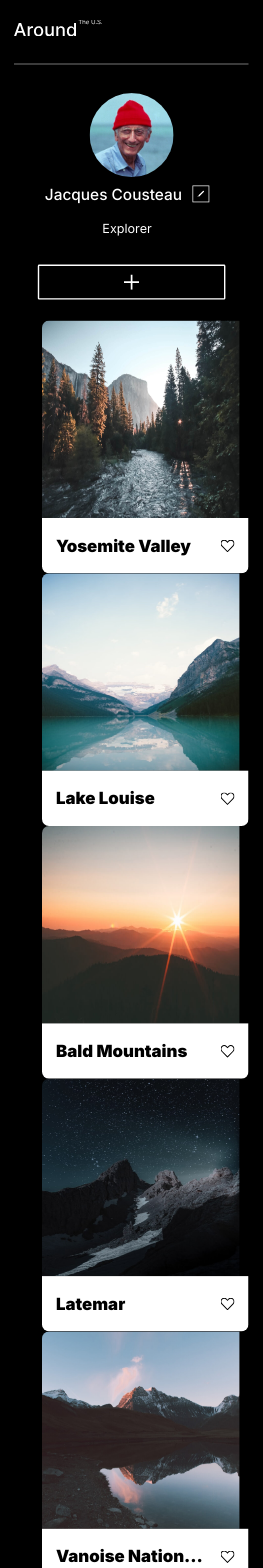
Repository: luisbaezx/se_project_aroundtheus
Page: index.html
These files come from the project's save history. The page is drawn as it stood at one moment and after the next save; the edit follows.
The browser window is 375 px wide. The pictures show the part of the page from y = 0 to 2240 px (the page is 2742 px tall before and 3084 px after), at 70% of full size.

Above is the page before, as saved 2024-05-30 18:08:42.

### index.html
<!DOCTYPE html>
<html lang="en">
  <head>
    <meta charset="UTF-8" />
    <meta name="viewport" content="width=device-width, user-scalable=no,
    initial-scale=1/>
    <meta content="ie=edge" http-equiv="X-UA-Compatible" />
    <title>Around The U.S</title>
    <link href="./pages/index.css" rel="stylesheet" />
  </head>
  <body class="page">
    <div class="page__content">
      <header class="header page__section">
        <img
          src="./images/logo.svg"
          alt="Around the U.S. Logo"
          class="header__image"
        />
      </header>
      <main class="content">
        <section class="profile page__section">
          <img
            src="./images/jacques-cousteau.jpg"
            alt="Avatar"
            class="profile__image"
          />
          <div class="profile__info">
            <h1 class="profile__title">Jacques Cousteau</h1>
            <button class="profile__edit-button" type="button"></button>
            <p class="profile__description">Explorer</p>
          </div>
          <button class="profile__add-button" type="button"></button>
        </section>
        <section class="cards page__section">
          <ul class="cards__list">
            <li class="card">
              <img src="./images/yosemite.jpg" class="card__image" />
              <div class="card__description">
                <h2 class="card__title">Yosemite Valley</h2>
                <button class="card__like-button" type="button"></button>
              </div>
            </li>
            <li class="card">
              <img src="./images/lake-louise.jpg" class="card__image" />
              <div class="card__description">
                <h2 class="card__title">Lake Louise</h2>
                <button class="card__like-button" type="button"></button>
              </div>
            </li>
            <li class="card">
              <img src="./images/bald-mountains.jpg" class="card__image" />
              <div class="card__description">
                <h2 class="card__title">Bald Mountains</h2>
                <button class="card__like-button" type="button"></button>
              </div>
            </li>
            <li class="card">
              <img src="./images/latemar.jpg" class="card__image" />
              <div class="card__description">
                <h2 class="card__title">Latemar</h2>
                <button class="card__like-button" type="button"></button>
              </div>
            </li>
            <li class="card">
              <img src="./images/vanoise.jpg" class="card__image" />
              <div class="card__description">
                <h2 class="card__title">Vanoise National Park</h2>
                <button class="card__like-button" type="button"></button>
              </div>
            </li>
            <li class="card">
              <img src="./images/lago.jpg" class="card__image" />
              <div class="card__description">
                <h2 class="card__title">Lago di Braies</h2>
                <button class="card__like-button" type="button"></button>
              </div>
            </li>
          </ul>
        </section>
      </main>
      <footer class="footer">
        <p class="footer__copyright">&copy; 2024 Around The U.S.</p>
      </footer>
    </div>
  </body>
</html>

### pages/index.css
@import url("../vendor/normalize.css");
@import url("../vendor/fonts.css");
@import url("../blocks/page.css");
@import url("../blocks/header.css");
@import url("../blocks/profile.css");
@import url("../blocks/cards.css");
@import url("../blocks/card.css");
@import url("../blocks/footer.css");

### blocks/page.css
.page {
  font-family: Inter, Arial, Helvetica, sans-serif;
  background-color: black;
  color: white;
}

.page__section {
  max-width: 880px;
  width: 100%;
  position: relative;
  margin: 0 auto;
}

.page__content {
  display: flex;
  flex-direction: column;
  min-height: 100vh;
  padding: 0 20px;
}

### blocks/header.css
.header {
  margin-top: 45px;
  border-width: 880px;
  border-bottom: solid rgba(84, 84, 84, 0.7);
  padding-bottom: 41px;
}

.header__image {
  width: 173px;
  height: 33px;
}
@media screen and (max-width: 450px) {
  .header {
    margin-top: 28px;
    padding-bottom: 35px;
  }

  .header__image {
    width: 126px;
    height: 24px;
  }
}

### blocks/profile.css
.profile {
  display: flex;
  align-items: center;
  padding-top: 40px;
  min-width: 282px;
}

.profile__info {
  display: grid;
  grid-template-areas:
    "title button"
    "description description";
  grid-template-columns: minmax(auto, 375px) auto;
  margin-right: 12px;
  align-items: center;
  gap: 15px;
}

.profile__edit-button {
  background: transparent url(../images/edit-icon.svg) center no-repeat;
  height: 24px;
  width: 24px;
  grid-area: button;
  border: 1px white solid;
}

.profile__edit-button:hover {
  opacity: 0.6;
}

.profile__add-button {
  background: transparent url(../images/add-icon.svg) center no-repeat;
  width: 150px;
  height: 50px;
  margin-left: auto;
  border: 2px white solid;
  border-radius: 2px;
  transition: opacity 0.3s ease-in;
}

.profile__add-button:hover {
  opacity: 0.6;
  cursor: pointer;
}
.profile__title {
  font-size: 42px;
  line-height: 48px;
  font-weight: 500;
  grid-area: title;
  margin: 0;
  text-overflow: ellipsis;
  white-space: nowrap;
  overflow: hidden;
}

.profile__description {
  font-size: 18px;
  line-height: 22px;
  font-weight: 400;
  grid-area: description;
  margin: 0;
  text-overflow: ellipsis;
  white-space: nowrap;
  overflow: hidden;
  max-width: 370px;
}

.profile__image {
  height: 120px;
  width: 120px;
  border-radius: 50%;
  object-fit: cover;
  object-position: center;
  margin-right: 24px;
}

@media screen and (max-width: 770px) {
  .profile {
    flex-direction: column;
  }

  .profile__info {
    display: flex;
    flex-wrap: wrap;
    justify-content: center;
    width: 100%;
  }

  .profile__description {
    width: 100%;
    text-align: center;
    margin-bottom: 40px;
  }

  .profile__add-button {
    margin: 0;
    width: 80%;
  }
}

@media screen and (max-width: 450px) {
  .profile {
    justify-content: space-around;
  }
  .profile__title {
    font-size: 22px;
  }
  .profile__edit-button {
    display: flex;
    justify-content: flex-end;
  }

  .profile__image {
    margin: 0;
    min-width: auto;
  }
}

### blocks/cards.css
.cards {
  margin-top: 30px;
  border-radius: 10px;
}

.card__list {
  display: grid;
  justify-content: center;
  grid-template-columns: repeat(auto-fit, 282px);
  grid-gap: 20px 17px;
  padding: 0;
  margin: 0;
}

.card {
  display: flex;
  flex-direction: column;
  list-style: none;
  border-radius: 10px;
  overflow: hidden;
}

.card__image {
  width: 282px;
  height: 282px;
}

.card__title {
  max-width: 220px;
  font-size: 24px;
  font-weight: 900;
  line-height: 29px;
  text-overflow: ellipsis;
  white-space: nowrap;
  overflow: hidden;
  margin: 0;
}

.card__description {
  display: flex;
  background-color: white;
  color: black;
  padding-top: 25px;
  padding-bottom: 25px;
  padding-left: 20px;
  padding-right: 20px;
  align-items: center;
  justify-content: space-between;
}

.card__like-button {
  background: transparent url(../images/like-inactive.svg) center no-repeat;
  width: 21px;
  height: 18px;
  border: none;
  transition: opacity 0.3s ease;
}

.card__like-button:hover {
  opacity: 0.5;
}

### blocks/card.css
.card {
  display: flex;
  flex-direction: column;
  list-style: none;
  border-radius: 10px;
  overflow: hidden;
}

.card__image {
  width: 282px;
  height: 282px;
}

.card__title {
  max-width: 220px;
  font-size: 24px;
  font-weight: 900;
  line-height: 29px;
  text-overflow: ellipsis;
  white-space: nowrap;
  overflow: hidden;
  margin: 0;
}

.card__description {
  display: flex;
  background-color: white;
  color: black;
  padding-top: 25px;
  padding-bottom: 25px;
  padding-left: 20px;
  padding-right: 20px;
  align-items: center;
  justify-content: space-between;
}

.card__like-button {
  background: transparent url(../images/like-active.svg) center no-repeat;
  width: 21px;
  height: 18px;
  border: none;
  transition: opacity 0.3s ease-in;
}

.card__like-button:hover {
  opacity: 0.5;
  cursor: pointer;
}

### blocks/footer.css
.footer {
  width: 100%;
  max-width: 880px;
  margin: 0 auto;
  text-align: left;
}

.footer__copyright {
  color: #545454;
  margin-left: auto;
  margin-right: auto;
  margin-top: 67px;
}

@media screen and (max-width: 600px) {
  .footer {
    max-width: 282px;
  }
}

Loaded but not shown: vendor/normalize.css (library); vendor/fonts.css (common file)

After the next save:
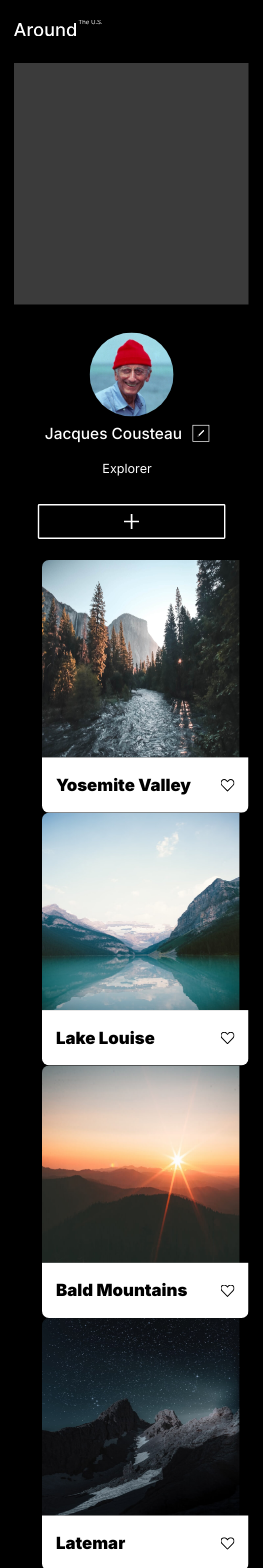
Saved 46 s later.
--- a/blocks/header.css
+++ b/blocks/header.css
@@ -13,6 +13,7 @@
   .header {
     margin-top: 28px;
     padding-bottom: 35px;
+    border-width: 345px;
   }
 
   .header__image {

After the save that followed:
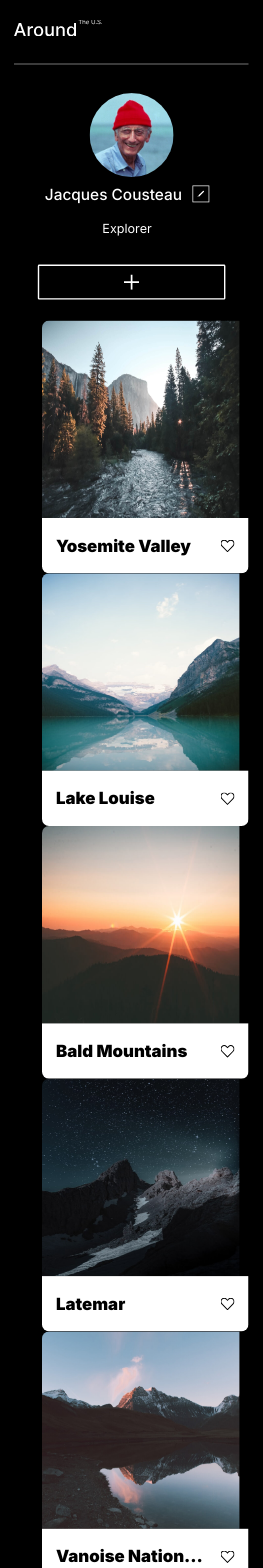
Saved 54 s later.
--- a/blocks/header.css
+++ b/blocks/header.css
@@ -13,7 +13,6 @@
   .header {
     margin-top: 28px;
     padding-bottom: 35px;
-    border-width: 345px;
   }
 
   .header__image {
